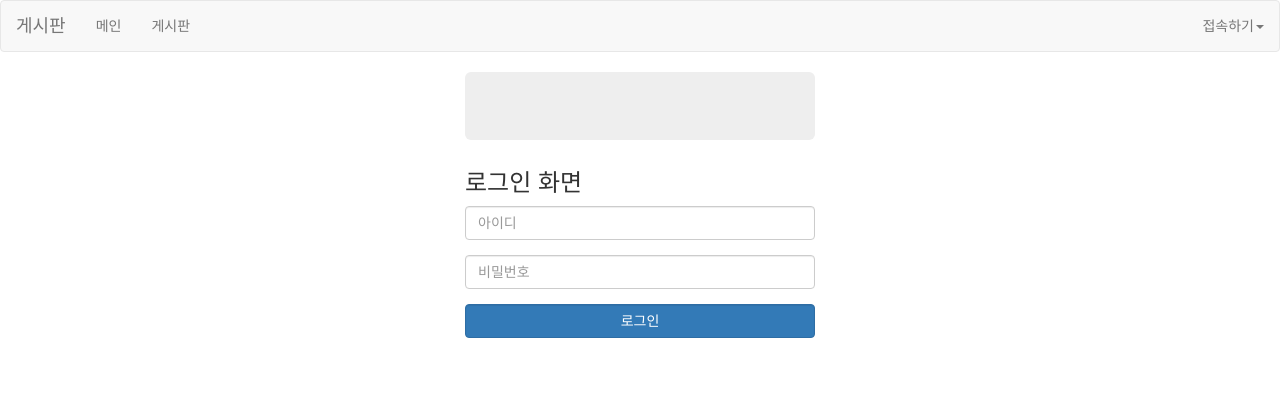
Repository: hojun324/myproject
Page: http://localhost/BBS/login.jsp
The author's editor kept a copy of each file at every save. The page is drawn from the files as they stood at one save, then again after the next save.
The browser window is 1280 px wide. The pictures show the whole page.
Some web libraries are served in a nearby version. The page is served by Tomcat 9.

Above is the page before, as saved 2021-04-16 08:25:05.

### java/BBS/WebContent/login.jsp
<%@ page language="java" contentType="text/html; charset=UTF-8"
	pageEncoding="UTF-8"%>
<!DOCTYPE html>
<html>
<head>
<meta charset="UTF-8">
<meta name=viewport content="width=device-width" , initial-scale="1">
<link rel="stylesheet" href="css/bootstrap.css">
<title>게시판</title>
</head>
<body>
	<nav class="navbar navbar-default">
		<div class="navbar-header">
			<button type="button" class="navbar-toggle collapsed"
				data-toggle="collapse" data-target="#bs-example-navbar-collapse-1"
				aria-expanded="false">
				<span class="icon-bar"></span>
				<span class="icon-bar"></span>
				<span class="icon-bar"></span>
			</button>
			<a class="navbar-brand" href="main.jsp">게시판</a>
		</div>
		<div class="collapse navbar-collapse"
			id="#bs-example-navbar-collapse-1">
			<ul class="nav navbar-nav">
				<li><a href="main.jsp">메인</a></li>
				<li><a href="bbs.jsp">게시판</a></li>
			</ul>
			<ul class="nav navbar-nav navbar-right">
				<li class="dropdown"><a href="#" class="dropdownn-toggle"
					data-toggle="dropdown" role="button" aria-haspopup="true"
					aria-expanded="false">접속하기<span class="caret"></span></a>
					<ul class="dropdown-menu">
						<li class="active"><a href="login.jsp">로그인</a></li>
						<li><a href="join.jsp">회원가입</a></li>
					</ul></li>
			</ul>
		</div>
	</nav>
	<div class="container">
		<div class="col-lg-4"></div>
		<div class="col-lg-4">
			<div class="jumbotron" style="padding-top: 20px;"></div>
			<form method="post" action="loginAction.jsp">
				<!--post란 어떠한 정보를 숨기면서 보낼때,action란 그쪽으로 정보를 보내겠다-->
				<h3 style="text-alian: center;">로그인 화면</h3>
				<div class="form-group">
					<input type="text" class="form-control" placeholder="아이디"
						name="userID" maxlength="20">
				</div>
				<div class="form-group">
					<input type="password" class="form-control" placeholder="비밀번호"
						name="userPassword" maxlength="20">
				</div>
				<input type="submit" class="btn btn-primary form-control" value="로그인">
			</form>

		</div>
		<div class="col-lg-4"></div>
	</div>
	<script src="https://code.jquery.com/jquery-3.1.1.min.js"></script>
	<script src="js/bootstrap.js"></script>
</body>
</html>

Loaded but not shown: java/BBS/WebContent/css/bootstrap.css (library); java/BBS/WebContent/js/bootstrap.js (library)

After the next save:
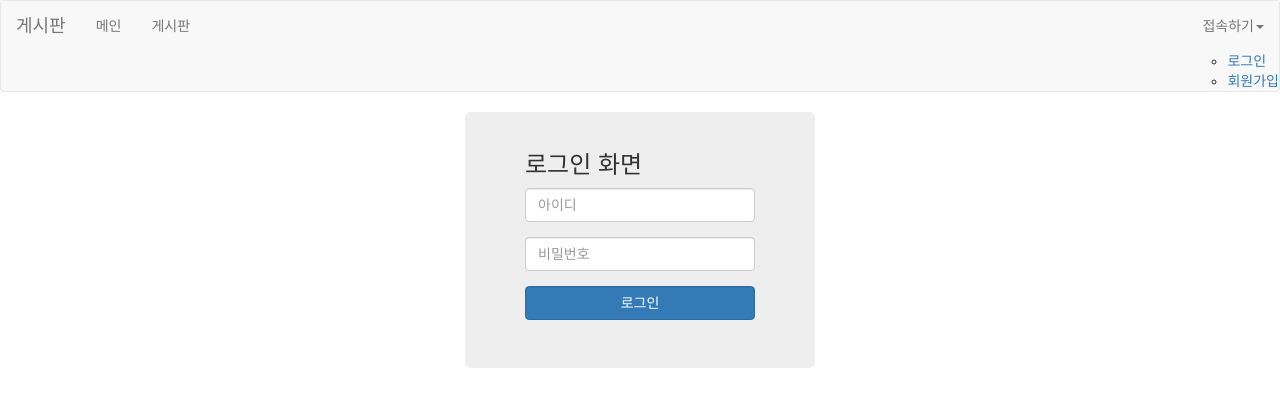
Saved 14 min 26 s later.
--- a/java/BBS/WebContent/login.jsp
+++ b/java/BBS/WebContent/login.jsp
@@ -14,9 +14,8 @@
 			<button type="button" class="navbar-toggle collapsed"
 				data-toggle="collapse" data-target="#bs-example-navbar-collapse-1"
 				aria-expanded="false">
-				<span class="icon-bar"></span>
-				<span class="icon-bar"></span>
-				<span class="icon-bar"></span>
+				<span class="icon-bar"></span> <span class="icon-bar"></span> <span
+					class="icon-bar"></span>
 			</button>
 			<a class="navbar-brand" href="main.jsp">게시판</a>
 		</div>
@@ -30,7 +29,7 @@
 				<li class="dropdown"><a href="#" class="dropdownn-toggle"
 					data-toggle="dropdown" role="button" aria-haspopup="true"
 					aria-expanded="false">접속하기<span class="caret"></span></a>
-					<ul class="dropdown-menu">
+					<ul cla ss="dropdown-menu">
 						<li class="active"><a href="login.jsp">로그인</a></li>
 						<li><a href="join.jsp">회원가입</a></li>
 					</ul></li>
@@ -40,21 +39,22 @@
 	<div class="container">
 		<div class="col-lg-4"></div>
 		<div class="col-lg-4">
-			<div class="jumbotron" style="padding-top: 20px;"></div>
-			<form method="post" action="loginAction.jsp">
-				<!--post란 어떠한 정보를 숨기면서 보낼때,action란 그쪽으로 정보를 보내겠다-->
-				<h3 style="text-alian: center;">로그인 화면</h3>
-				<div class="form-group">
-					<input type="text" class="form-control" placeholder="아이디"
-						name="userID" maxlength="20">
-				</div>
-				<div class="form-group">
-					<input type="password" class="form-control" placeholder="비밀번호"
-						name="userPassword" maxlength="20">
-				</div>
-				<input type="submit" class="btn btn-primary form-control" value="로그인">
-			</form>
-
+			<div class="jumbotron" style="padding-top: 20px;">
+				<form method="post" action="loginAction.jsp">
+					<!--post란 어떠한 정보를 숨기면서 보낼때,action란 그쪽으로 정보를 보내겠다-->
+					<h3 style="text-alian: center;">로그인 화면</h3>
+					<div class="form-group">
+						<input type="text" class="form-control" placeholder="아이디"
+							name="userID" maxlength="20">
+					</div>
+					<div class="form-group">
+						<input type="password" class="form-control" placeholder="비밀번호"
+							name="userPassword" maxlength="20">
+					</div>
+					<input type="submit" class="btn btn-primary form-control"
+						value="로그인">
+				</form>
+			</div>
 		</div>
 		<div class="col-lg-4"></div>
 	</div>
